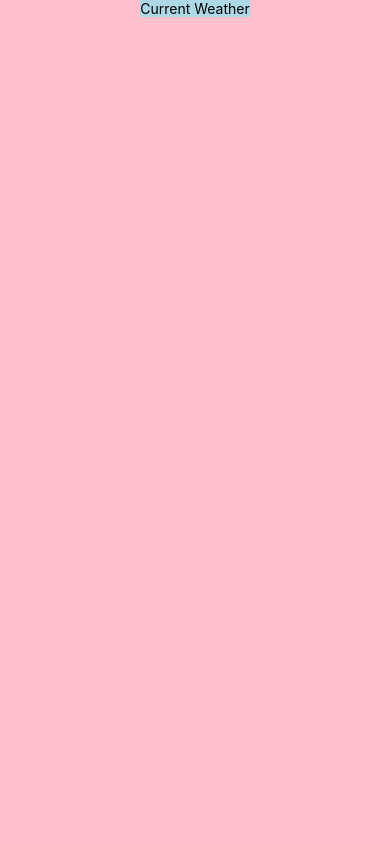
Repository: akinmiday/fcc
Screen: / (app in WeatherApp/)
The author's editor kept a copy of each file at every save. The screen is drawn from the files as they stood at one save, then again after the next save.
The app was drawn by React Native's web renderer in a window 390 px wide. The project was rebuilt for these pictures with package versions that can differ from the ones it lists, and the page was loaded fresh each time.

Above is the screen before, as saved 2023-07-18 06:51:00.

### WeatherApp/App.js
import React from "react";
import { View, Text, SafeAreaView, StyleSheet } from "react-native";

const App = () =>{
  return(
   <SafeAreaView style={styles.wrapper} >
     <View style={styles.container} >
      <Text>Current Weather</Text>
    </View>
   </SafeAreaView>
  )
}

const styles= StyleSheet.create({
  container:{
    backgroundColor: 'lightblue'
  },
  wrapper:{
    flex:1,
    backgroundColor: 'pink',
    alignItems: 'center',

  }
})

export default App

After the next save:
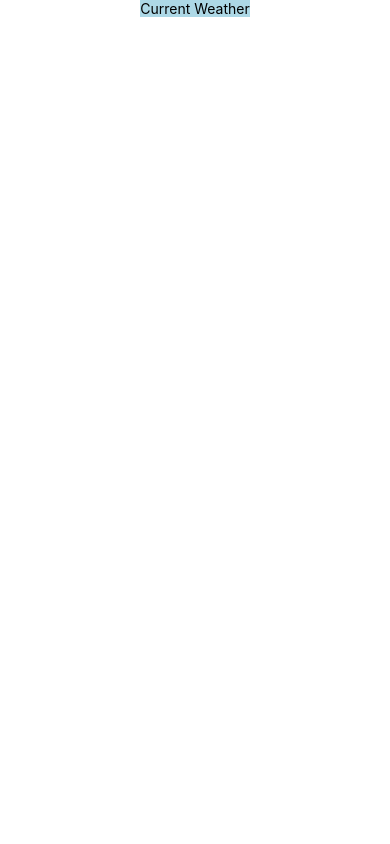
Saved 5 s later.
--- a/WeatherApp/App.js
+++ b/WeatherApp/App.js
@@ -17,7 +17,6 @@ const styles= StyleSheet.create({
   },
   wrapper:{
     flex:1,
-    backgroundColor: 'pink',
     alignItems: 'center',
 
   }
